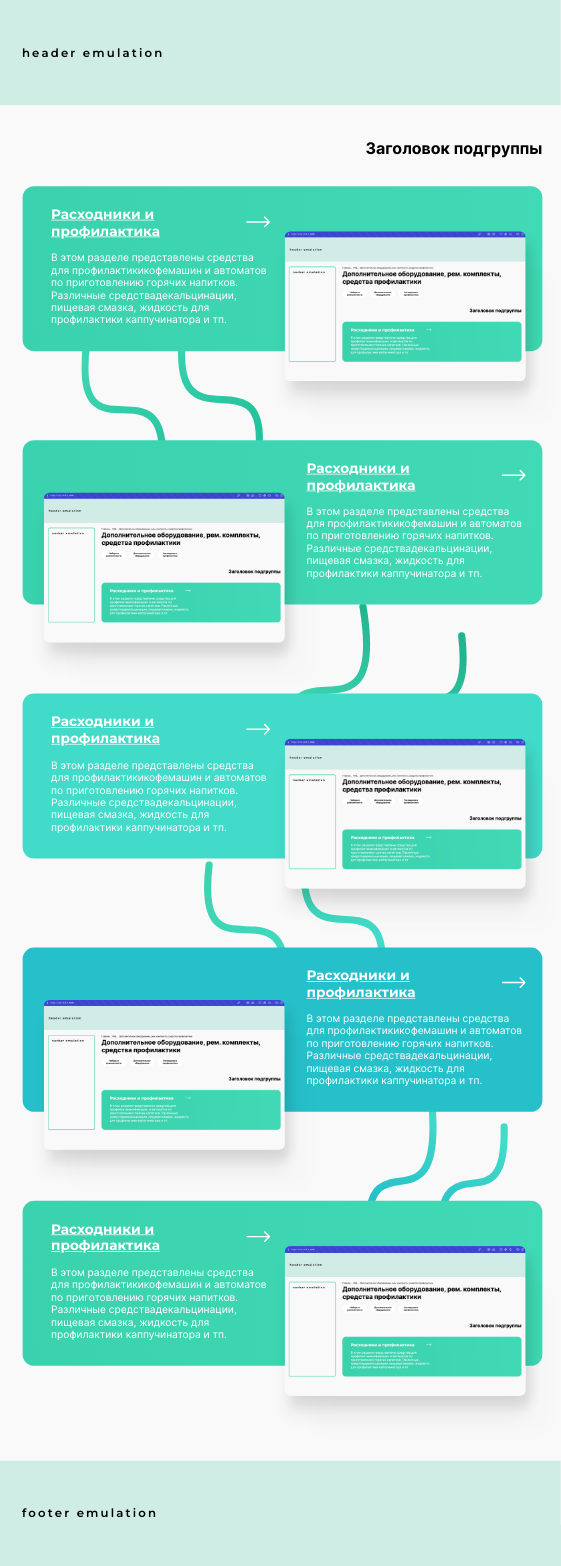
Repository: axonde/venpart-faq-pages
Page: index.html
An editor plug-in stored every save of this project. The page is shown before and after the next save, followed by the edit.
The browser window is 768 px wide. The pictures show the whole page, at 73% of full size.

Above is the page before, as saved 2024-02-28 20:11:07.

After the next save:
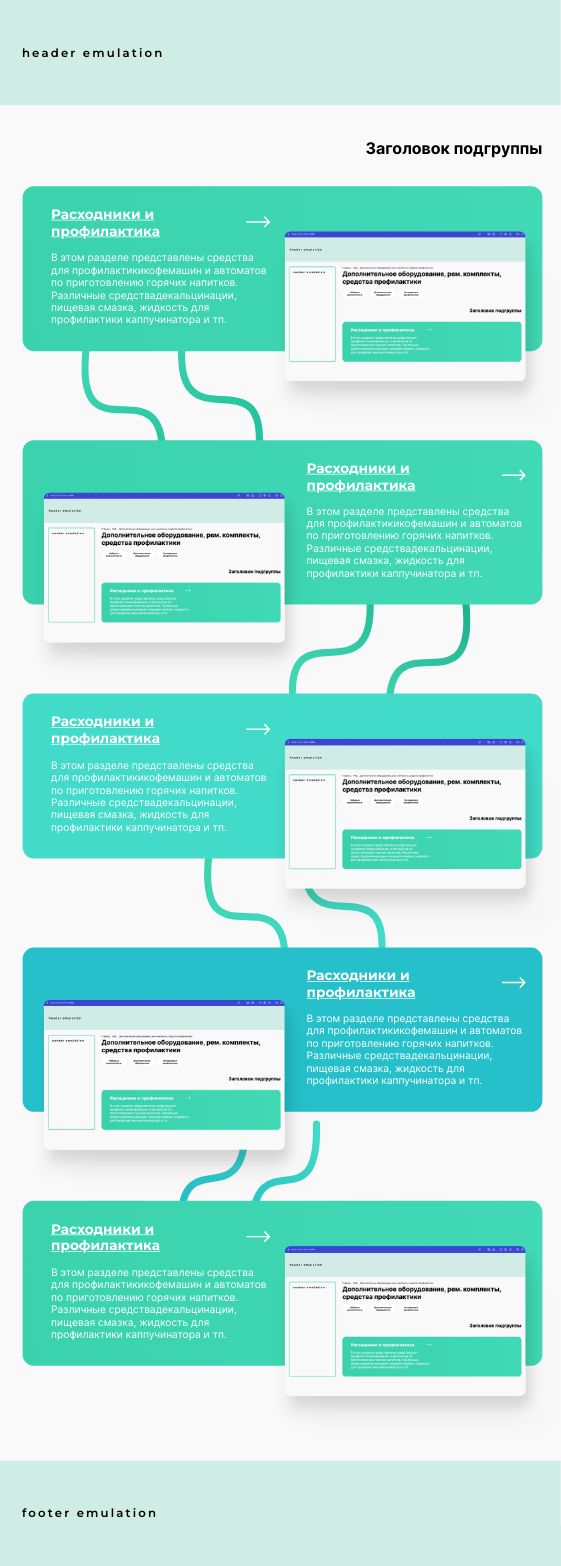
Saved 32 s later.
--- a/style.css
+++ b/style.css
@@ -656,17 +656,11 @@ scrollbar-width: none; /* Firefox */}
     bottom: -190px;
     left: 27px;}
 	.faq__item:nth-child(2n)::after {
-		transform: scale(0.7);
-		top: 80%;
-		right: 50px;}
+		right: 45px;}
 	.faq__item:nth-child(3n)::after {
-		transform: scale(0.7);
-		top: 65%;
 		left: 195px;}
 	.faq__item:nth-child(4n)::after {
-		transform: scale(0.7);
-		top: 80%;
-		left: 60%;}
+		left: 170px;}
 
 		.faq__item--text-wrapper {
 			max-width: 378px;
